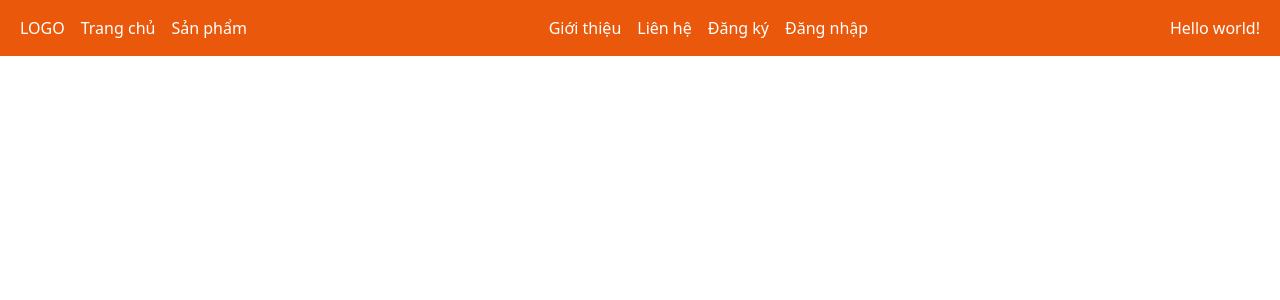
Repository: TinhTT336/MD02_Session15
Page: / (app in client/)
An editor plug-in stored every save of this project. The page is shown before and after the next save, followed by the edit.
The browser window is 1280 px wide. The pictures show the whole page.
The project was rebuilt for these pictures with package versions that can differ from the ones it lists, and the page was loaded fresh each time. Also part of the build but not shown: client/vite.config.js.

Above is the page before, as saved 2023-09-15 09:20:39.

### client/src/main.jsx
import React from 'react'
import ReactDOM from 'react-dom/client'
import App from './App.jsx'
import './index.css'
import { BrowserRouter } from "react-router-dom";

ReactDOM.createRoot(document.getElementById('root')).render(
  <BrowserRouter>
    <App />
  </BrowserRouter>
)

### client/src/App.jsx
import Header from '../components/user/header/Header';
// import "./assets/styles/main.css";

function App() {

  return (
    <>
      <Header />

    </>
  )
}

export default App

### client/components/user/header/Header.jsx
import React from "react";
import { NavLink } from "react-router-dom";

export default function Header() {
    return (
        <>
            <div className="w-full bg-orange-600 h-14 text-white flex items-center justify-between px-5">
                <div className="flex gap-4">
                    <NavLink>LOGO</NavLink>
                    <NavLink>Trang chủ</NavLink>
                    <NavLink>Sản phẩm</NavLink>
                </div>
                <div className="flex gap-4">
                    <NavLink>Giới thiệu</NavLink>
                    <NavLink>Liên hệ</NavLink>
                    <NavLink>Đăng ký</NavLink>
                    <NavLink>Đăng nhập</NavLink>
                </div>

                <h1 className="text-3xl font-bold underline">
                    Hello world!
                </h1>
            </div>
        </>
    );
}

Loaded but not shown: client/src/index.css (common file); client/tailwind.config.js (common file)

After the next save:
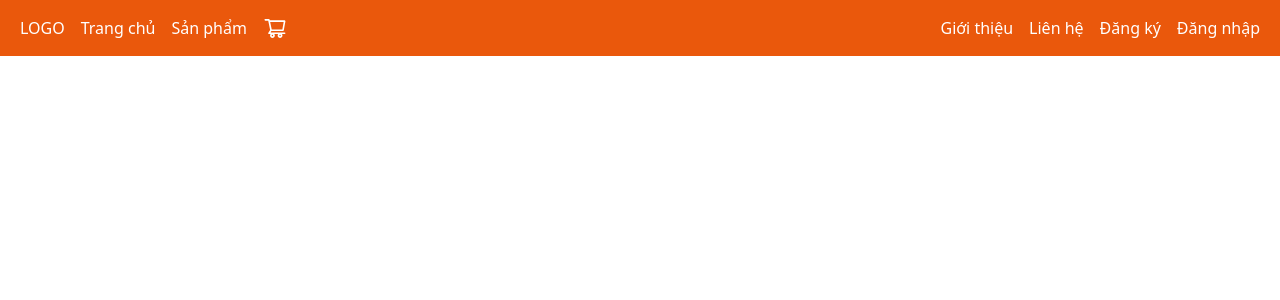
Saved 1 s later.
--- a/client/components/user/header/Header.jsx
+++ b/client/components/user/header/Header.jsx
@@ -1,14 +1,18 @@
 import React from "react";
 import { NavLink } from "react-router-dom";
+import { ShoppingCartOutlined } from "@ant-design/icons";
 
 export default function Header() {
     return (
         <>
-            <div className="w-full bg-orange-600 h-14 text-white flex items-center justify-between px-5">
-                <div className="flex gap-4">
+            <div className="w-full bg-orange-600 h-14 text-white flex justify-between items-center px-5">
+                <div className="flex gap-4 items-center">
                     <NavLink>LOGO</NavLink>
                     <NavLink>Trang chủ</NavLink>
                     <NavLink>Sản phẩm</NavLink>
+                    <NavLink className="text-2xl">
+                        <ShoppingCartOutlined className="text-2xl" />
+                    </NavLink>
                 </div>
                 <div className="flex gap-4">
                     <NavLink>Giới thiệu</NavLink>
@@ -16,10 +20,6 @@ export default function Header() {
                     <NavLink>Đăng ký</NavLink>
                     <NavLink>Đăng nhập</NavLink>
                 </div>
-
-                <h1 className="text-3xl font-bold underline">
-                    Hello world!
-                </h1>
             </div>
         </>
     );
